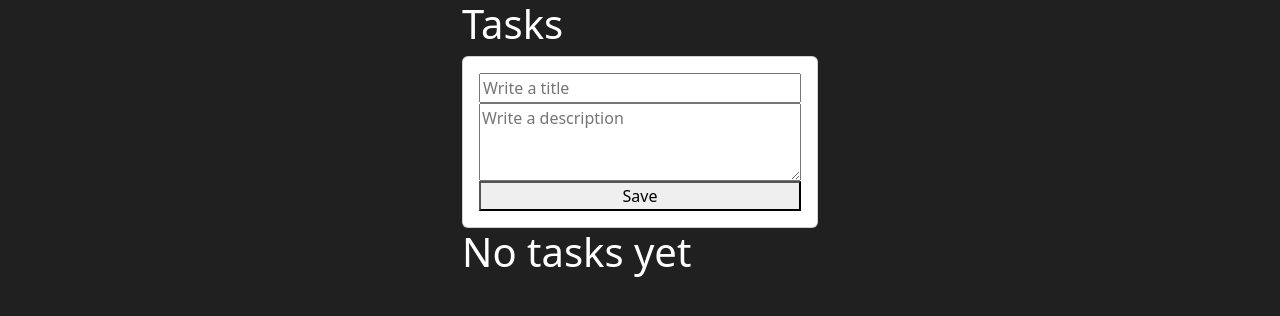
Repository: ChemsJam/django_postgres_todo
Page: http://localhost/tasks/
The author's editor kept a copy of each file at every save. The page is drawn from the files as they stood at one save, then again after the next save.
The browser window is 1280 px wide. The pictures show the whole page.
The page is served by the project's application, run on Django 5.2 (manage.py). Queries for data that is not in the repository find no rows.

Above is the page before, as saved 2024-08-19 15:48:49.

After the next save:
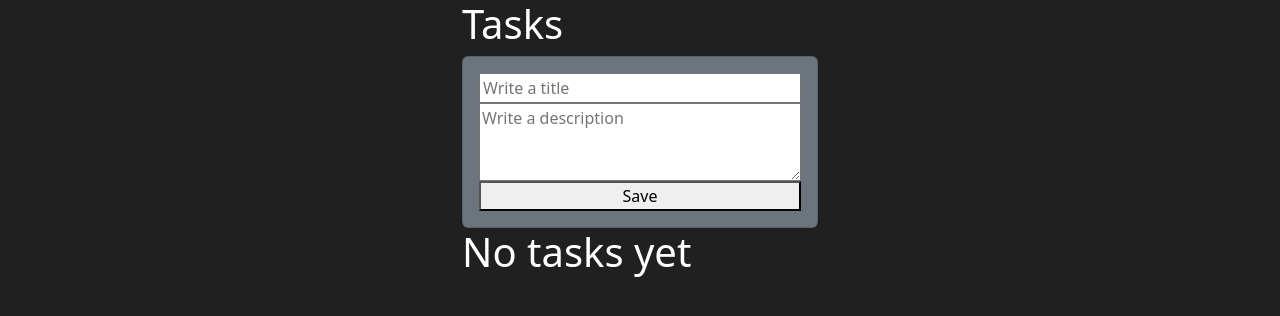
Saved 23 s later.
--- a/tasks/templates/TasksList.html
+++ b/tasks/templates/TasksList.html
@@ -16,7 +16,7 @@
                 <h1>
                     Tasks
                 </h1>
-                <form action={% url 'create_tasks' %} method="POST" class="card card-body">
+                <form action={% url 'create_tasks' %} method="POST" class="card card-body bg-secondary">
                 {% csrf_token %}
                 <input type="text" name="tittle" placeholder="Write a title">
 
